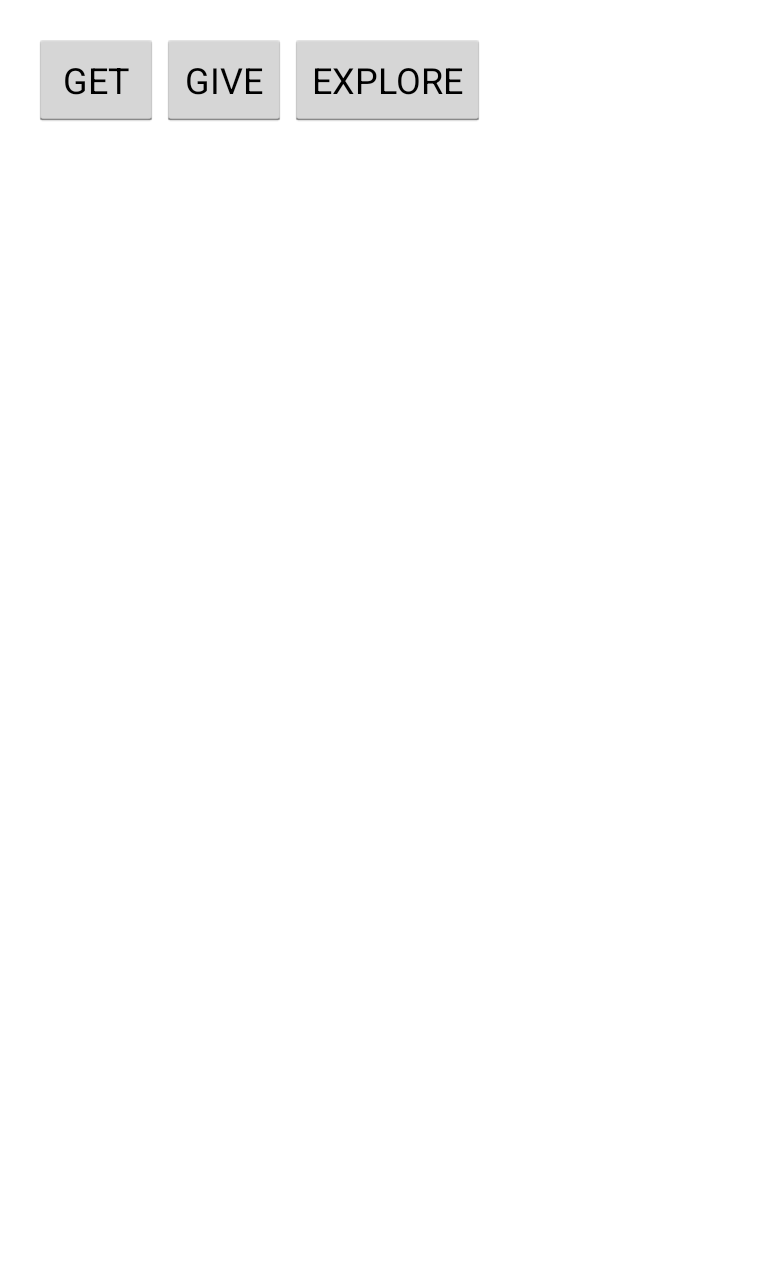
Repository: stephalee/challenge
Layout: WhyNot/res/layout/activity_main.xml
These files come from the project's save history. The layout is drawn as it stood at one moment and after the next save; the edit follows.
It is drawn on a 768 x 1280 px phone screen (xhdpi) without system bars, with theme AppTheme; the app's code is not run.

Above is the layout before, as saved 2014-02-08 15:49:44.

After the next save:
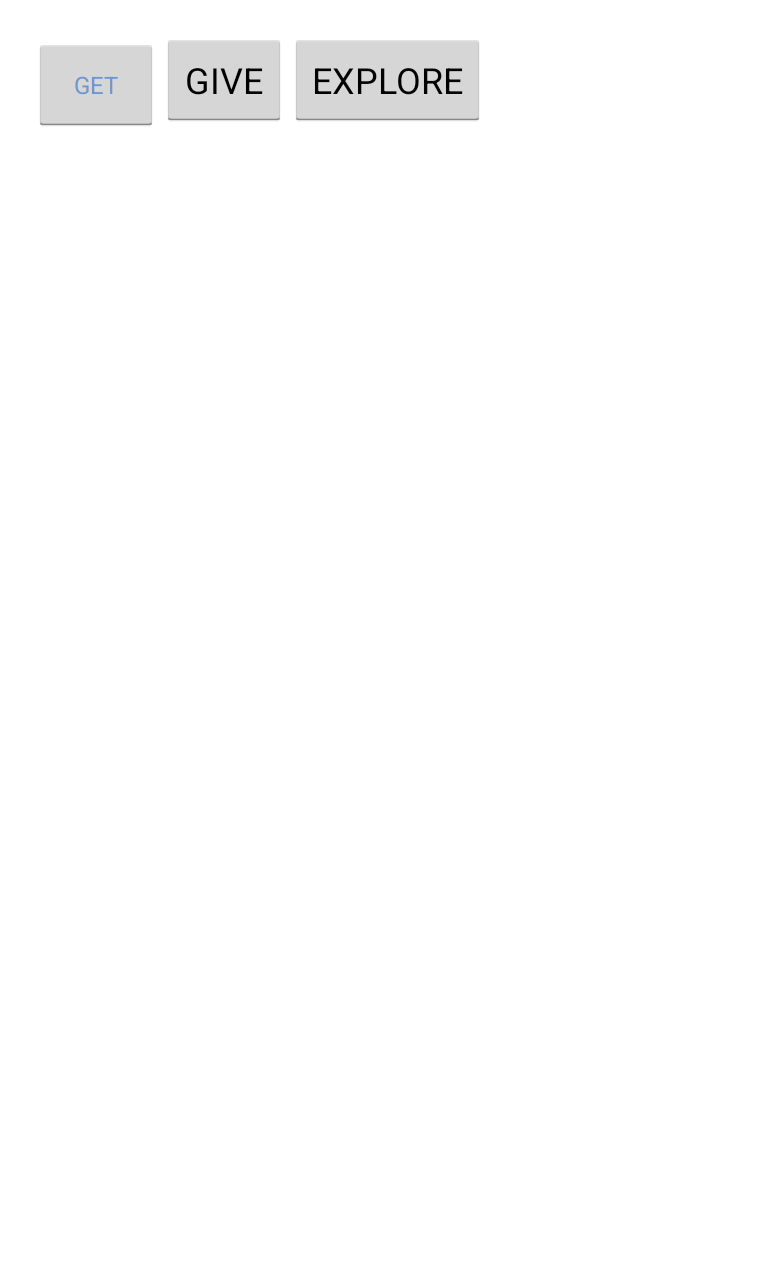
Saved 17 s later.
--- a/WhyNot/res/layout/activity_main.xml
+++ b/WhyNot/res/layout/activity_main.xml
@@ -10,6 +10,7 @@
 
 <!--     Button to get a challenge -->
        <Button
+        android:style="@style/QuestionText"
         android:layout_width="wrap_content"
         android:layout_height="wrap_content"
         android:text="@string/get"
